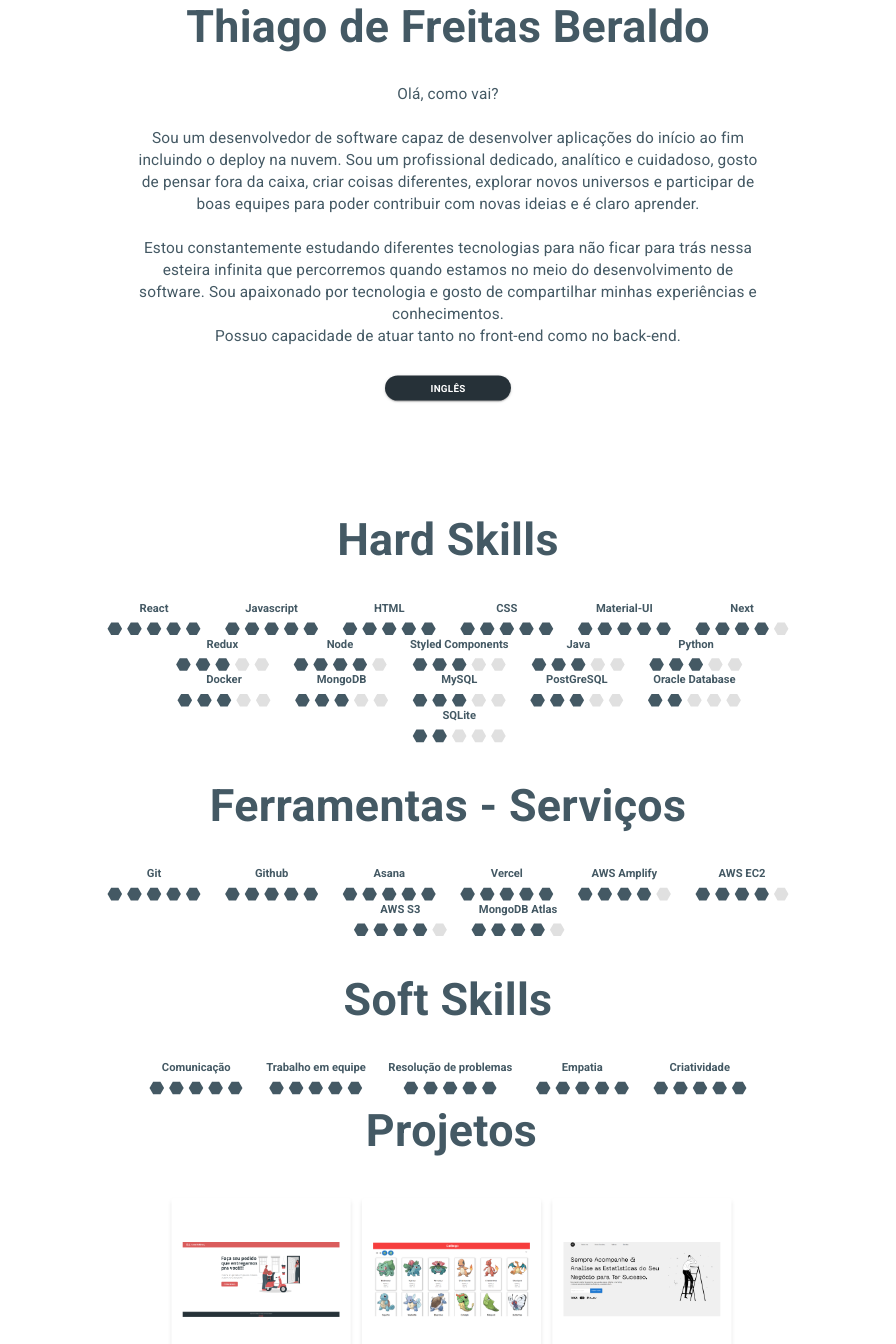
Repository: lenx0/myportfolio
Page: /
The author's editor kept a copy of each file at every save. The page is drawn from the files as they stood at one save, then again after a run of saves.
The browser window is 1280 px wide. The pictures show the part of the page from y = 1186 to 3106 px (the page is 5184 px tall), at 70% of full size.
The project was rebuilt for these pictures with package versions that can differ from the ones it lists, and the page was loaded fresh each time. Also part of the build but not shown: vite.config.js.

Above is the page before, as saved 2024-06-14 10:17:26.

After the next 3 saves:
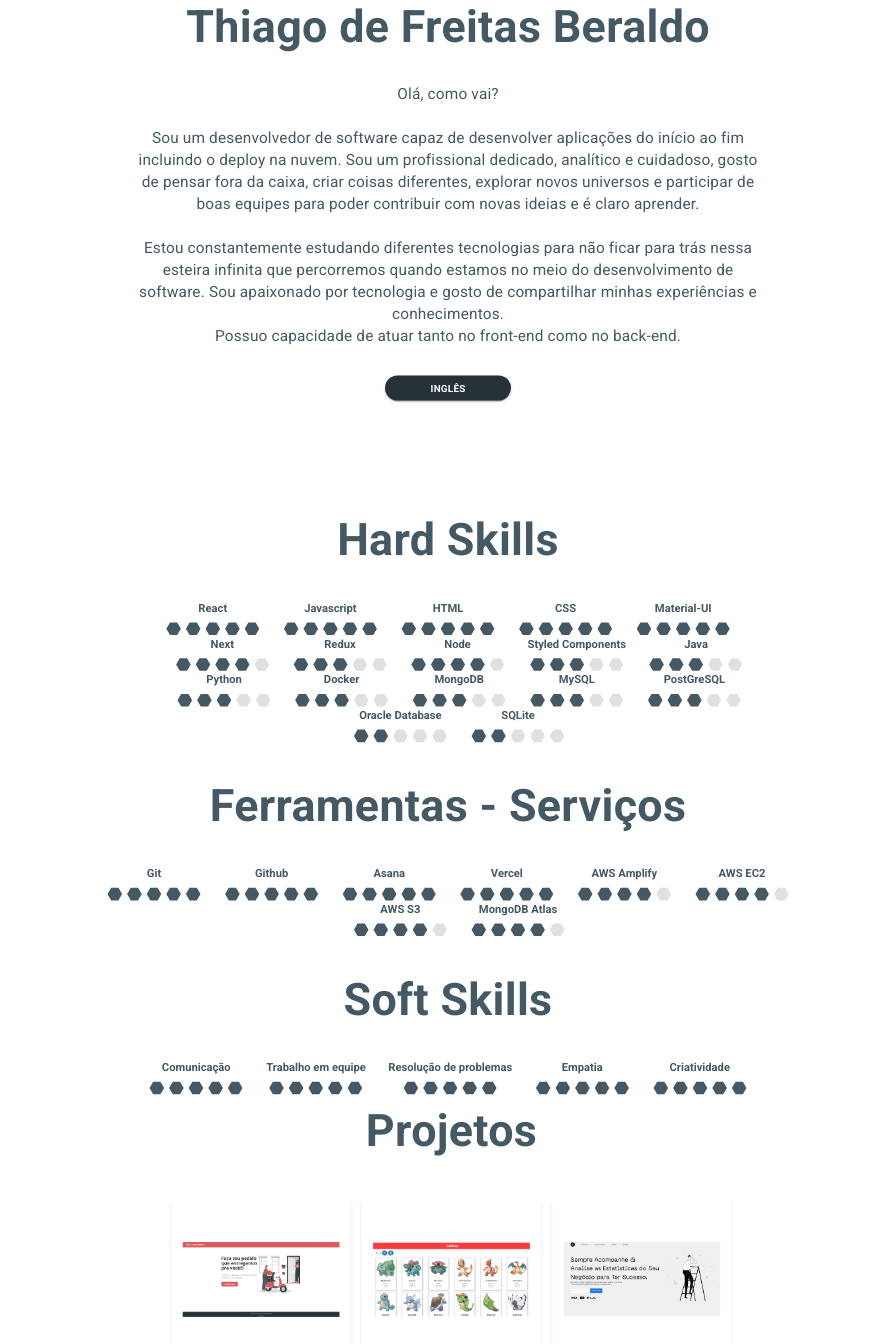
The 3 saves are shown as one change because they came seconds apart.
The last was saved 10 s later.
--- a/src/components/HardSkills/index.jsx
+++ b/src/components/HardSkills/index.jsx
@@ -7,7 +7,7 @@
       <Typography variant="h4" fontSize={64} fontWeight={700} color="#445964">
         Hard Skills
       </Typography>
-      <Stack direction="row" spacing={4} flexWrap="wrap" p="0 20px 0 20px" justifyContent="center">
+      <Stack direction="row" spacing={4} flexWrap="wrap" p="0 50px 0 50px" justifyContent="center">
         <SkillRating skill="React" rating={5} />
         <SkillRating skill="Javascript" rating={5} />
         <SkillRating skill="HTML" rating={5} />
